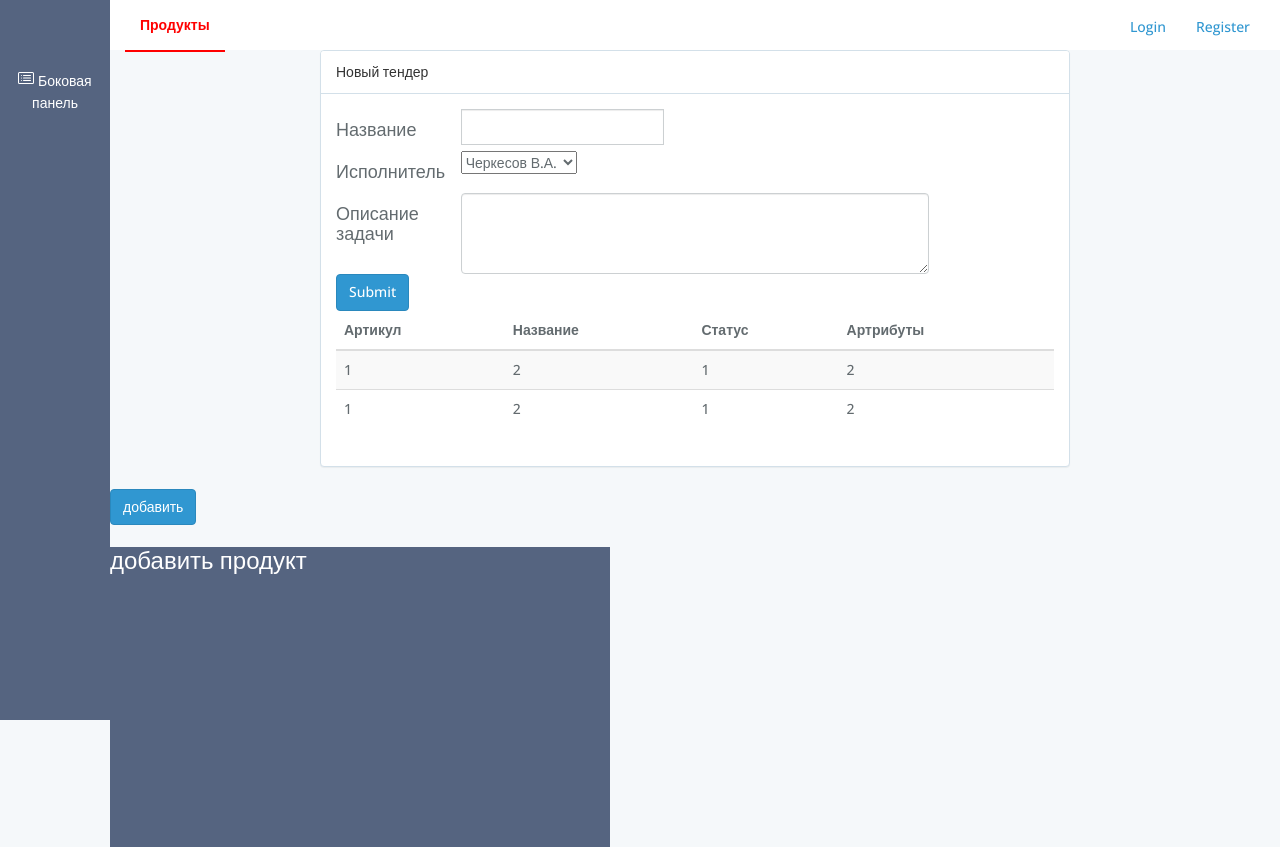
Repository: blackjack043/laravel-crud
Page: http://localhost/page2
These files come from the project's save history. The page is drawn as it stood at one moment and after the next save; the edit follows.
The browser window is 1280 px wide. The pictures show the whole page.
Some web fonts or font styles are not loaded; a fallback is used. The page is served by the project's Laravel application, run on PHP 8.4 with Laravel 8.

Above is the page before, as saved 2022-03-07 15:57:31.

After the next save:
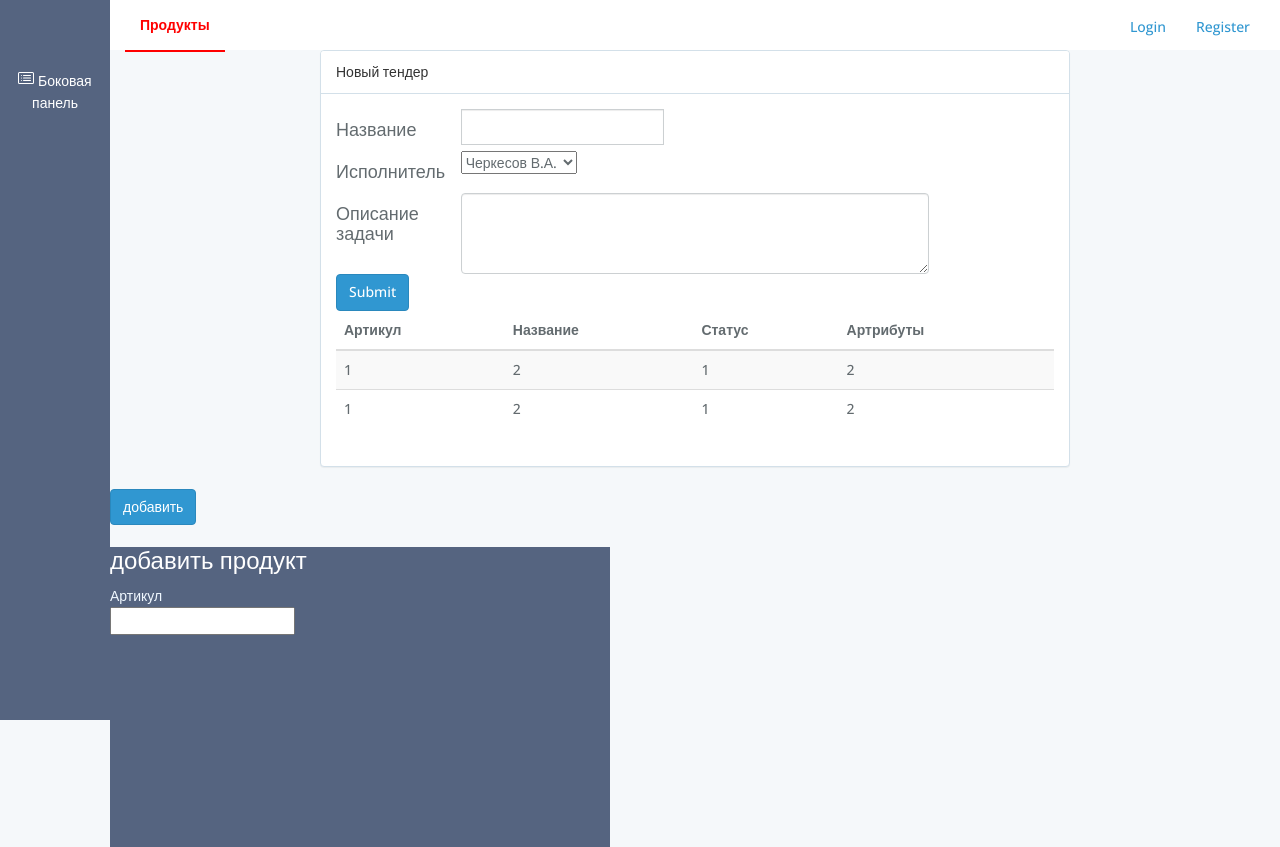
Saved 14 s later.
--- a/resources/views/page2.blade.php
+++ b/resources/views/page2.blade.php
@@ -91,7 +91,7 @@
 <button class="btn btn-primary">добавить</button>
 <div style="background-color: #556480;width:500px;height: 300px;">
     <div style="color: white"><h3>добавить продукт</h3></div>
-    <div> <span style="color:aliceblue>Артикул</span> </div>
+    <div> <span style="color:aliceblue"> Артикул </span> </div>
     <div><input type="text" /> </div>
 </div>
 
